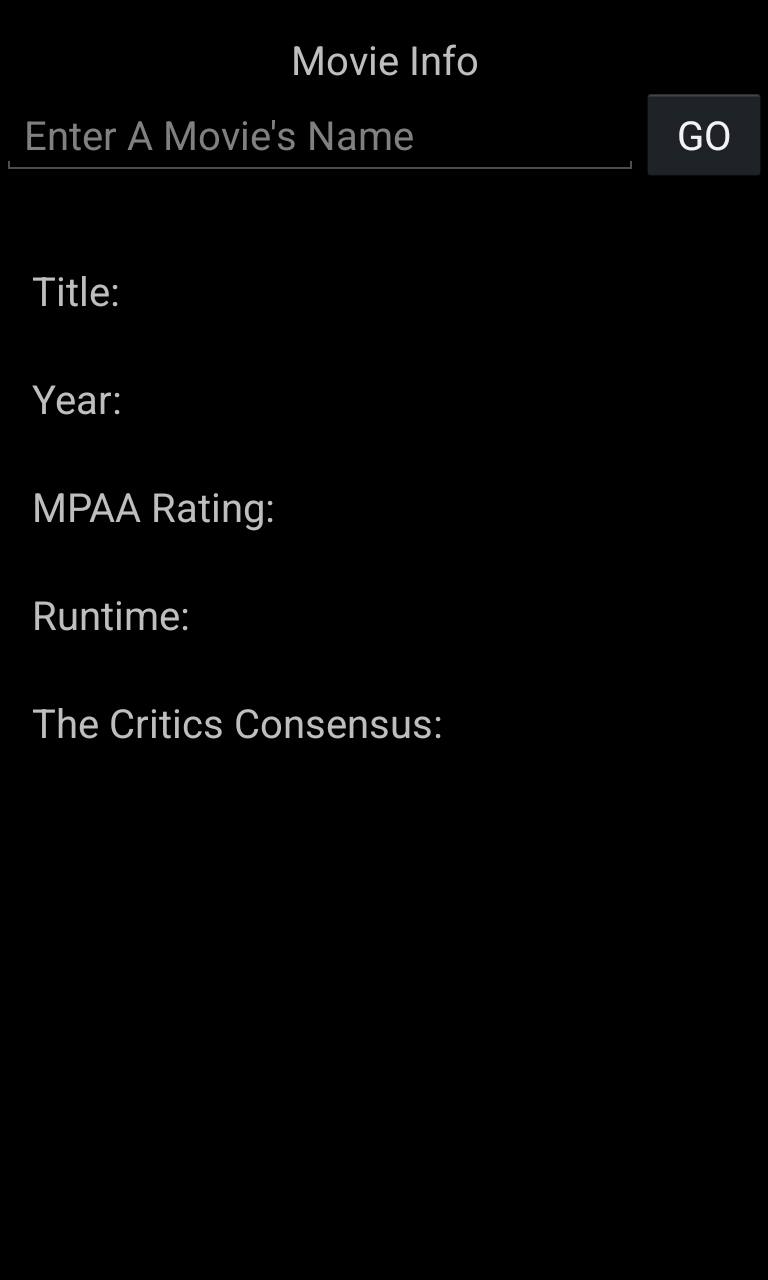
Repository: brandonfyia/Android
Layout: Java2/res/layout/main.xml
An editor plug-in stored every save of this project. The layout is shown before and after the next save, followed by the edit.
It is drawn on a 768 x 1280 px phone screen (xhdpi) without system bars, with theme AppTheme; the app's code is not run.

Above is the layout before, as saved 2013-06-12 02:13:31.

After the next save:
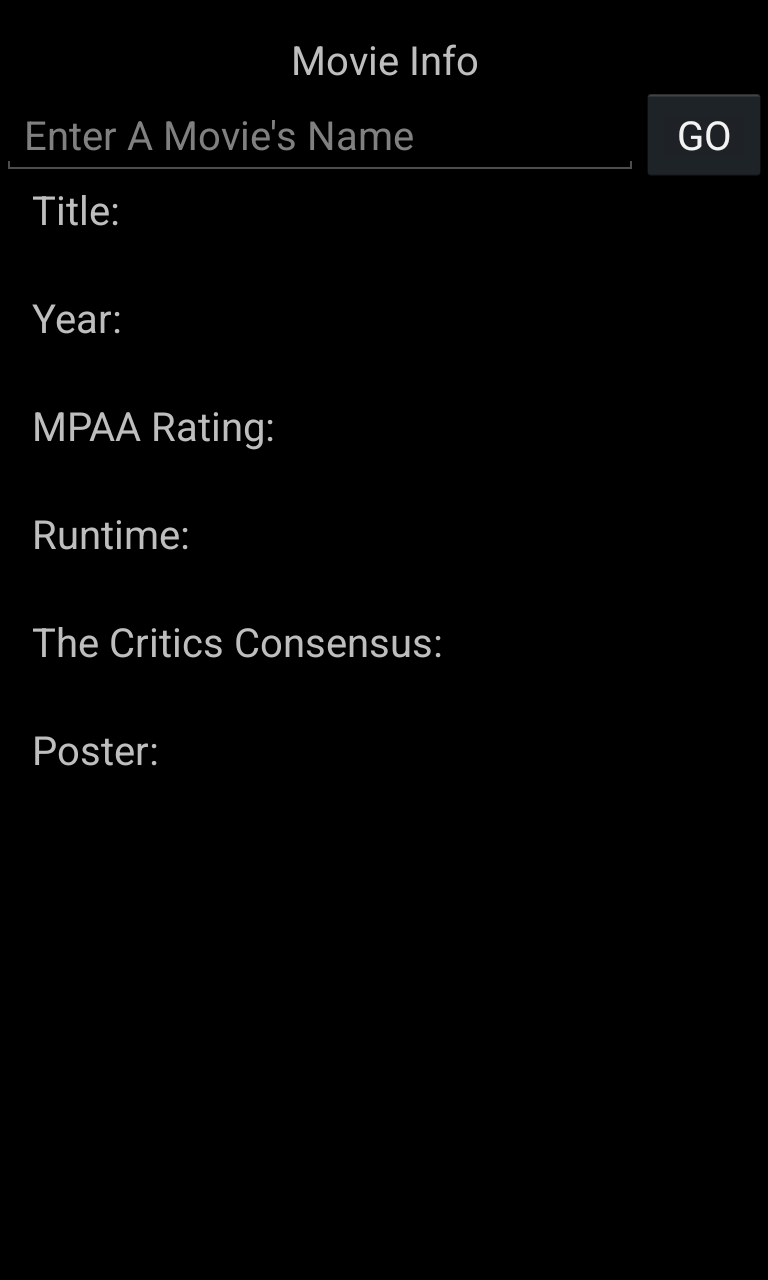
Saved 14 min 1 s later.
--- a/Java2/res/layout/main.xml
+++ b/Java2/res/layout/main.xml
@@ -34,19 +34,14 @@
             android:text="@string/go" />
     </LinearLayout>
 
-    <TextView
-        android:id="@+id/resultsText"
-        android:layout_width="match_parent"
-        android:layout_height="wrap_content"
-        style="@style/BigCenteredText"/>
-
     <ScrollView
         android:id="@+id/scrollView1"
         android:layout_width="match_parent"
         android:layout_height="wrap_content" >
 
         <GridLayout
-            android:layout_width="wrap_content"
+            android:id="@+id/gridLayout"
+            android:layout_width="match_parent"
             android:layout_height="wrap_content"
             android:columnCount="2"
             android:orientation="vertical" >
@@ -101,6 +96,12 @@
                 android:id="@+id/criticsTV"
                 style="@style/GridText"
                 android:layout_gravity="left" />
+
+            <TextView
+                style="@style/GridText"
+                android:layout_gravity="left"
+                android:text="@string/thumbnail" />
+
         </GridLayout>
 
     </ScrollView>
